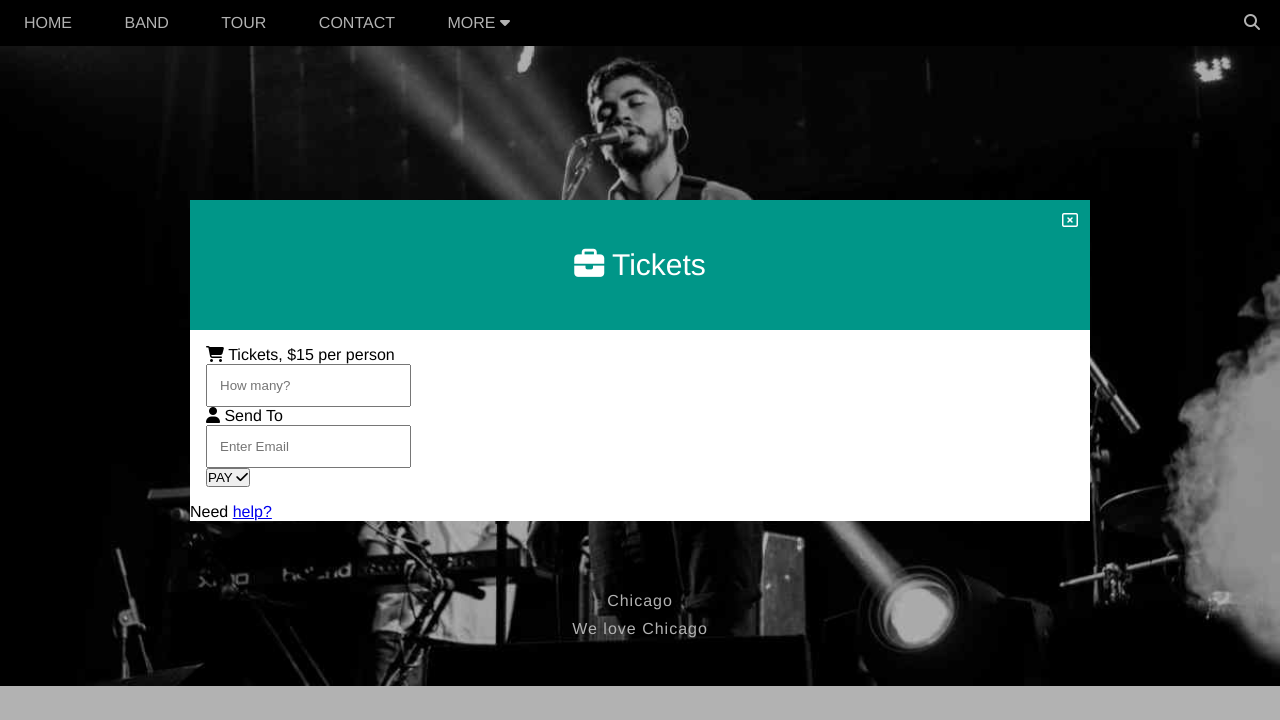
Repository: NguyenMinhChau/Theband
Page: index.html
These files come from the project's save history. The page is drawn as it stood at one moment and after the next save; the edit follows.
The browser window is 1280 px wide. The pictures show the window.
A layer covers the whole window, so only the first screen is drawn. Some web libraries are served in a nearby version.

Above is the page before, as saved 2021-10-23 13:07:24.

After the next save:
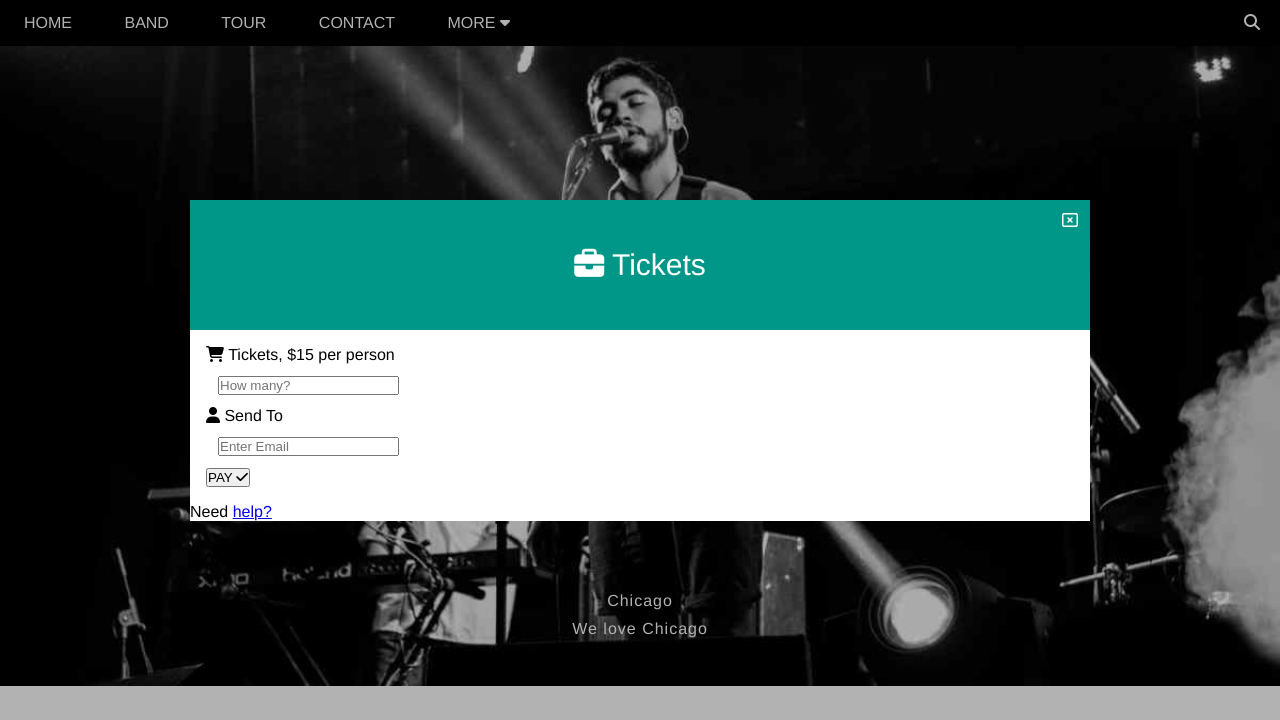
Saved 10 s later.
--- a/assets/css/style.css
+++ b/assets/css/style.css
@@ -348,6 +348,6 @@
 }
 
 .modal-input{
-    padding: 12px;
+    margin: 12px;
 }
 /* END CSS MODAL */
